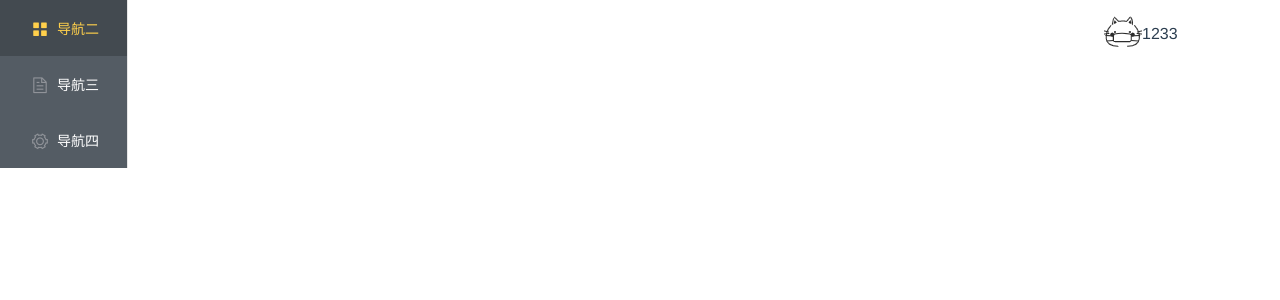
Repository: faintout/backMng
Page: / (app in backmng/)
The author's editor kept a copy of each file at every save. The page is drawn from the files as they stood at one save, then again after the next save.
The browser window is 1280 px wide. The pictures show the whole page.
The project was rebuilt for these pictures with package versions that can differ from the ones it lists, and the page was loaded fresh each time. Also part of the build but not shown: backmng/vue.config.js.

Above is the page before, as saved 2020-12-30 15:25:59.

### backmng/src/main.js
import Vue from 'vue'
import App from './App.vue'
import router from './router'
import store from './store'
import ElementUI from 'element-ui'
import 'element-ui/lib/theme-chalk/index.css'
import './assets/index.css'

Vue.use(ElementUI)
Vue.config.productionTip = false

new Vue({
  router,
  store,
  render: h => h(App)
}).$mount('#app')

### backmng/src/router/index.js
import Vue from 'vue'
import VueRouter from 'vue-router'
import Layout from '../views/layout.vue'

Vue.use(VueRouter)

const routes = [
  {
    path: '/',
    name: 'Layout',
    component: Layout
  },
]

const router = new VueRouter({
  routes
})

export default router

### backmng/src/assets/index.css
* {
    /* width: 100%;
    height: 100%; */
    padding: 0;
    margin: 0;
}

### backmng/src/views/layout.vue
<template>
    <div>
        <div class="menu_list" style="width:20%;float:left">
            <!-- <header-top></header-top> -->
            <el-row class="tac">
                <el-col :span="12">
                    <el-menu default-active="1" router class="el-menu-vertical-demo" @open="handleOpen" @close="handleClose" background-color="#545c64" text-color="#fff" active-text-color="#ffd04b" :collapse="isCollapse">
                        <el-menu-item index="1">
                            <i class="el-icon-menu"></i>
                            <span slot="title">导航二</span>
                        </el-menu-item>
                        <el-menu-item index="2" >
                            <i class="el-icon-document"></i>
                            <span slot="title">导航三</span>
                        </el-menu-item>
                        <el-menu-item index="3">
                            <i class="el-icon-setting"></i>
                            <span slot="title">导航四</span>
                        </el-menu-item>
                    </el-menu>
                </el-col>
            </el-row>
        </div>
        <div style="width:80%;float:left">
            <header-top></header-top>
            <div class="content">
                <router-view></router-view>
            </div>
        </div>


    </div>
</template>

<script>
import headerTop from './headerTop'
    export default {
        components: {
            headerTop
        },
        data() {
            return {
                isCollapse:false
            }
        },
        watch: {},
        computed: {},
        methods: {
            handleOpen(key, keyPath) {
                console.log(key, keyPath);
            },
            handleClose(key, keyPath) {
                console.log(key, keyPath);
            }
        },
        mounted() {},
        created() {},
    }
</script>
<style lang="less" scoped>
</style>

### backmng/src/views/headerTop.vue
<template>
    <div>
        <div class="header">
            <div class="user_info">
                <div class="user_pic">
                    <img src="../assets/images/user_pic.png" alt="">
                </div>
                <div class="user_name">1233</div>
            </div>
        </div>
    </div>
</template>

<script>
    export default {
        components: {},
        data() {
            return {}
        },
        watch: {},
        computed: {},
        methods: {},
        mounted() {},
        created() {},
    }
</script>
<style lang="less" scoped>
    .header {
        // display: flex;
        justify-content: space-between;
        height: 64px;
        width: 100%;
        vertical-align: middle;
        display: inline-block;
        // img{
        //     float: left;
        // }
    }

    .user_info div {
        display: inline-block;
        margin-top: 16px;
    }

    .user_info {
        text-align: center;
        margin-right: 10%;
        vertical-align: middle;
        float: right;
    }

    .user_name {
        vertical-align: middle;
        display: inline-block;
    }

    .user_pic {
        vertical-align: middle;
    }
</style>

Loaded but not shown: backmng/public/index.html (common file); backmng/src/App.vue (common file); backmng/src/store/index.js (common file)

After the next save:
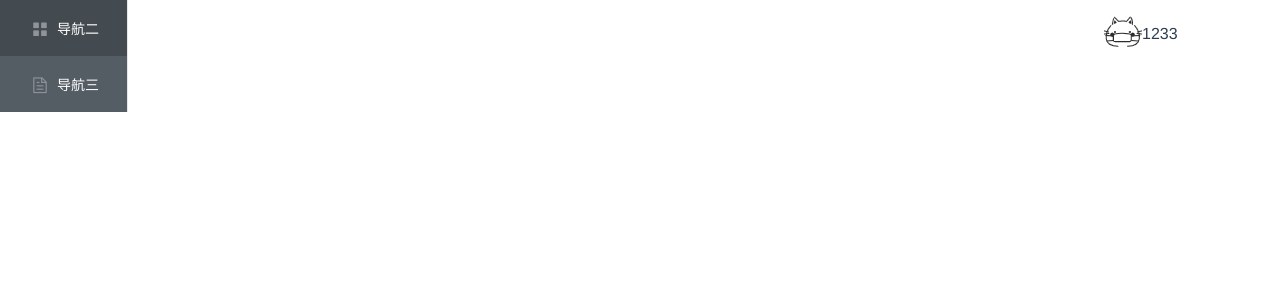
Saved 21 s later.
--- a/backmng/src/views/layout.vue
+++ b/backmng/src/views/layout.vue
@@ -5,17 +5,13 @@
             <el-row class="tac">
                 <el-col :span="12">
                     <el-menu default-active="1" router class="el-menu-vertical-demo" @open="handleOpen" @close="handleClose" background-color="#545c64" text-color="#fff" active-text-color="#ffd04b" :collapse="isCollapse">
-                        <el-menu-item index="1">
+                        <el-menu-item index="/add">
                             <i class="el-icon-menu"></i>
                             <span slot="title">导航二</span>
                         </el-menu-item>
-                        <el-menu-item index="2" >
+                        <el-menu-item index="/list" >
                             <i class="el-icon-document"></i>
                             <span slot="title">导航三</span>
-                        </el-menu-item>
-                        <el-menu-item index="3">
-                            <i class="el-icon-setting"></i>
-                            <span slot="title">导航四</span>
                         </el-menu-item>
                     </el-menu>
                 </el-col>
